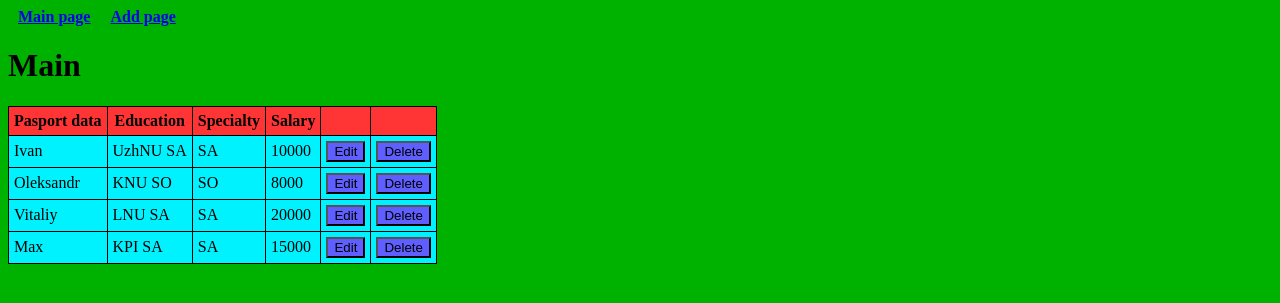
Repository: Alan-Melnychenko/vue
Page: / (app in Project/)
These files come from the project's save history. The page is drawn as it stood at one moment and after the next save; the edit follows.
The browser window is 1280 px wide. The pictures show the whole page.
The project was rebuilt for these pictures with package versions that can differ from the ones it lists, and the page was loaded fresh each time. Also part of the build but not shown: Project/vue.config.js, Project/src/pages/Add/index.vue, Project/src/pages/Edit/index.vue.

Above is the page before, as saved 2022-11-08 23:30:10.

After the next save:
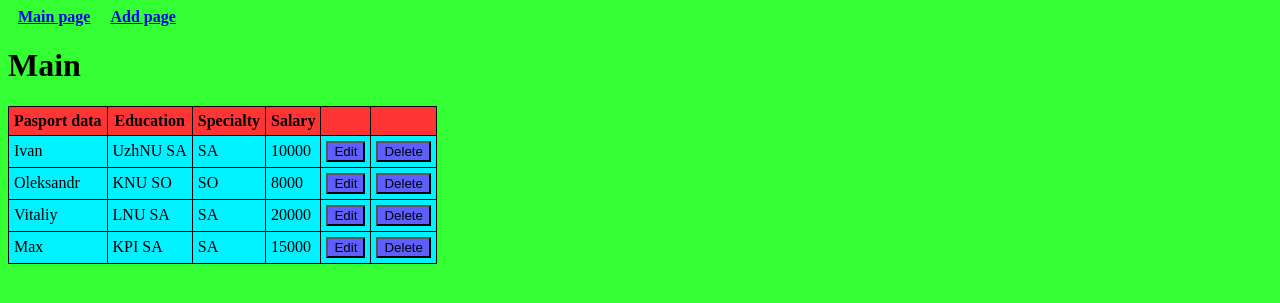
Saved 22 s later.
--- a/Project/src/App.vue
+++ b/Project/src/App.vue
@@ -24,7 +24,7 @@ table {
   background-color: rgb(0, 242, 255);
 }
 body {
-  background-color: rgb(0, 178, 0);
+  background-color: rgb(51, 255, 51);
 }
 .link {
   margin: 10px;
